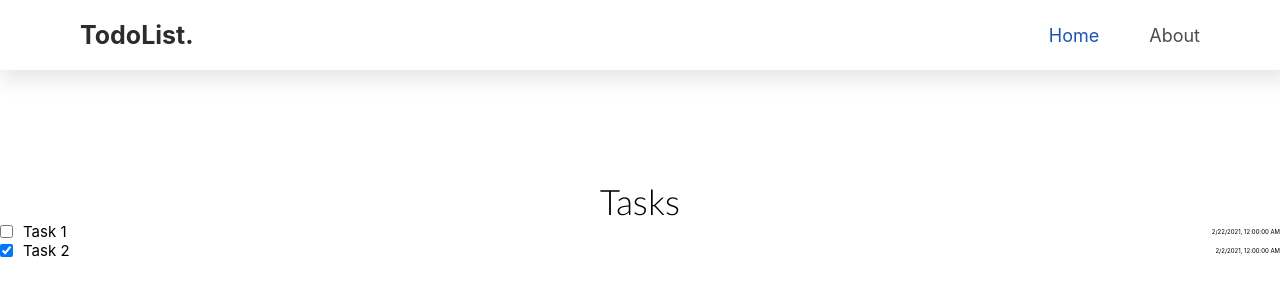
Repository: dqhuy153/react-todoList
Page: /
The author's editor kept a copy of each file at every save. The page is drawn from the files as they stood at one save, then again after the next save.
The browser window is 1280 px wide. The pictures show the whole page.
The project was rebuilt for these pictures with package versions that can differ from the ones it lists, and the page was loaded fresh each time. Also part of the build but not shown: src/components/UI/LoadingSpinner.module.scss.

Above is the page before, as saved 2021-09-16 20:44:01.

### src/App.js
import React, { Suspense } from 'react';
import { Switch, Route } from 'react-router-dom';

import './App.css';
import Layout from './components/layout/Layout';
import LoadingSpinner from './components/UI/LoadingSpinner';

const Home = React.lazy(() => import('./components/pages/Home'));
const About = React.lazy(() => import('./components/pages/About'));

function App() {
  return (
    <Layout>
      <Suspense
        fallback={
          <div className="centered">
            <LoadingSpinner />
          </div>
        }
      >
        <Switch>
          <Route path="/" exact>
            <Home />
          </Route>
          <Route path="/about">
            <About />
          </Route>
          {/* <Route path="/products" exact>
          <Products />
        </Route>
        <Route path="/products/:productId">
          <ProductDetail />
        </Route> */}
        </Switch>
      </Suspense>
    </Layout>
  );
}

export default App;

### src/App.css
@import url('https://fonts.googleapis.com/css2?family=Lato:ital,wght@0,100;0,300;0,400;0,700;0,900;1,100;1,300;1,400;1,700;1,900&display=swap');

* {
  box-sizing: border-box;
  font-size: 62.5%;
  padding: 0;
  margin: 0;
}

.centered {
  margin: 3rem auto;
  text-align: center;
  display: flex;
  justify-content: center;
  align-items: center;
}

### src/components/layout/Layout.js
import React, { Fragment } from 'react';
import AppNavigation from './AppNavigation';

import styles from './Layout.module.scss';

export default function Layout(props) {
  return (
    <Fragment>
      <AppNavigation logoTitle="TodoList." />
      <main className={styles.main}>{props.children}</main>
    </Fragment>
  );
}

### src/components/UI/LoadingSpinner.js
import styles from './LoadingSpinner.module.scss';

const LoadingSpinner = () => {
  return <div className={styles.spinner}></div>;
};

export default LoadingSpinner;

### src/components/pages/Home.js
import TodoList from '../todos/TodoList';

import styles from './Home.module.scss';

const todoList = [
  {
    id: 1,
    title: 'Task 1',
    date: new Date('2/22/2021'),
    completed: false,
  },
  {
    id: 2,
    title: 'Task 2',
    date: new Date('2/2/2021'),
    completed: true,
  },
];

export default function Home(props) {
  const handleStatusChange = (id) => {
    const todoIndex = todoList.findIndex((i) => i.id === id);
    todoList[todoIndex].status = !todoList[todoIndex].status;
  };

  return (
    <div className={styles.container}>
      <h1>Tasks</h1>
      <TodoList items={todoList} onStatusChange={handleStatusChange} />
    </div>
  );
}

### src/components/layout/AppNavigation.js
import React from 'react';
import { NavLink } from 'react-router-dom';

import styles from './AppNavigation.module.scss';

export default function AppNavigation({ logoTitle = 'Demo.', ...props }) {
  return (
    <header className={styles.header}>
      <div className={styles.logo}>{logoTitle}</div>
      <nav>
        <ul>
          <li>
            <NavLink to="/" exact activeClassName={styles.active}>
              Home
            </NavLink>
          </li>
          <li>
            <NavLink to="/about" activeClassName={styles.active}>
              About
            </NavLink>
          </li>
        </ul>
      </nav>
    </header>
  );
}

### src/components/todos/TodoList.js
import React from 'react';
import TodoItem from './TodoItem';

import styles from './TodoList.module.scss';

export default function TodoList({ items, onStatusChange, ...props }) {
  return (
    <ul className={styles.container}>
      {items.map((item) => (
        <li key={item.id}>
          <TodoItem
            id={item.id}
            title={item.title}
            date={item.date}
            status={item.completed}
            onStatusChange={onStatusChange}
          />
        </li>
      ))}
    </ul>
  );
}

### src/components/pages/Home.module.scss
.container {
  padding: 18rem 0;

  h1 {
    text-align: center;
    font-family: 'Lato', sans-serif;
    font-weight: 300;
    font-size: 3.5rem;
  }
}

### src/components/layout/AppNavigation.module.scss
.header {
  width: 100%;
  height: 7rem;
  display: flex;
  align-items: center;
  justify-content: space-between;
  background-color: #ffffff;
  padding: 0 8rem;
  box-shadow: 5px 5px 20px 5px rgba(0, 0, 0, 0.1);
  position: fixed;
}

.logo {
  font-size: 2.5rem;
  color: rgb(44, 44, 44);
  font-weight: bold;
}

.header ul {
  list-style: none;
  margin: 0;
  padding: 0;
  display: flex;
  align-items: baseline;
}

.header li {
  margin-left: 5rem;
}

.header a {
  text-decoration: none;
  font-size: 1.8rem;
  color: #4b4b4b;
}

.header a:hover,
.header a:active,
.header a.active {
  color: rgb(28, 83, 184);
}

### src/components/todos/TodoItem.js
import React, { useState } from 'react';

import styles from './TodoItem.module.scss';

export default function TodoItem({
  id,
  title,
  date,
  status,
  onStatusChange,
  ...props
}) {
  const [checked, setChecked] = useState(status);

  const handleChange = (e) => {
    setChecked(e.target.checked);
    onStatusChange(id);
  };

  return (
    <div className={styles.container}>
      <div className={styles.task}>
        <input type="checkbox" checked={checked} onChange={handleChange} />
        <p>{title}</p>
      </div>
      <p className={styles.date}>{date.toLocaleString()}</p>
    </div>
  );
}

### src/components/todos/TodoItem.module.scss
.container {
  display: flex;
  align-items: center;
  justify-content: space-between;
}

.task {
  display: flex;

  p {
    margin-left: 1rem;
    font-size: 1.5rem;
  }
}

Loaded but not shown: public/index.html (common file); src/index.js (common file); src/index.css (common file); src/reportWebVitals.js (common file); src/components/todos/TodoList.module.scss (common file); src/components/layout/Layout.module.scss (no stored copy; drawn as an empty file)

After the next save:
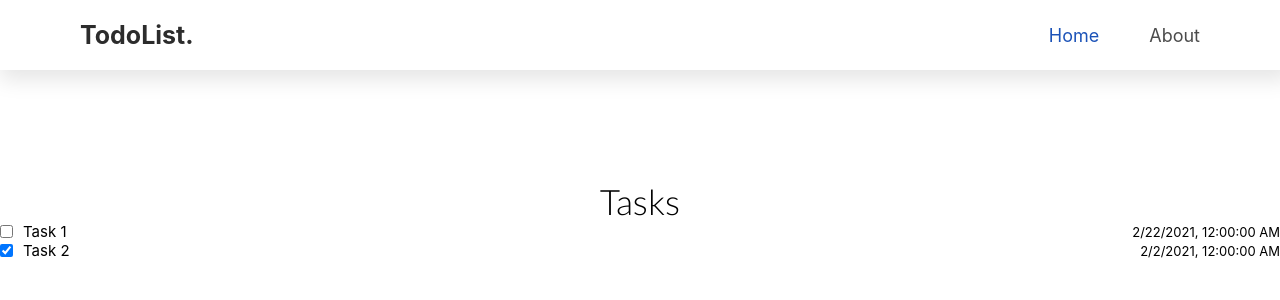
Saved 10 s later.
--- a/src/components/todos/TodoItem.module.scss
+++ b/src/components/todos/TodoItem.module.scss
@@ -12,3 +12,7 @@
     font-size: 1.5rem;
   }
 }
+
+.date {
+  font-size: 1.3rem;
+}
